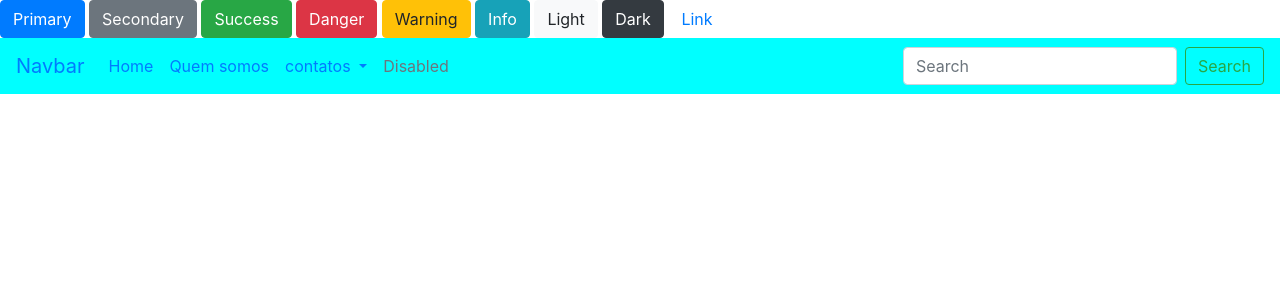
Repository: DaniloBaracho/bootstrap
Page: index.html
An editor plug-in stored every save of this project. The page is shown before and after the next save, followed by the edit.
The browser window is 1280 px wide. The pictures show the whole page.

Above is the page before, as saved 2020-05-31 17:12:08.

After the next save:
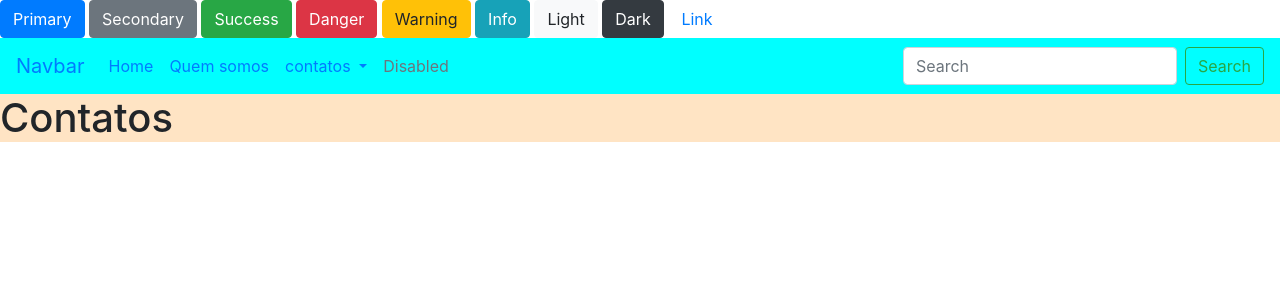
Saved 56 s later.
--- a/index.html
+++ b/index.html
@@ -55,7 +55,7 @@
           </nav>
         <section id="contato">
           <div class="contatos">
-
+            <h1>Contatos</h1>
           </div>
         </section>
     </body>

After the save that followed:
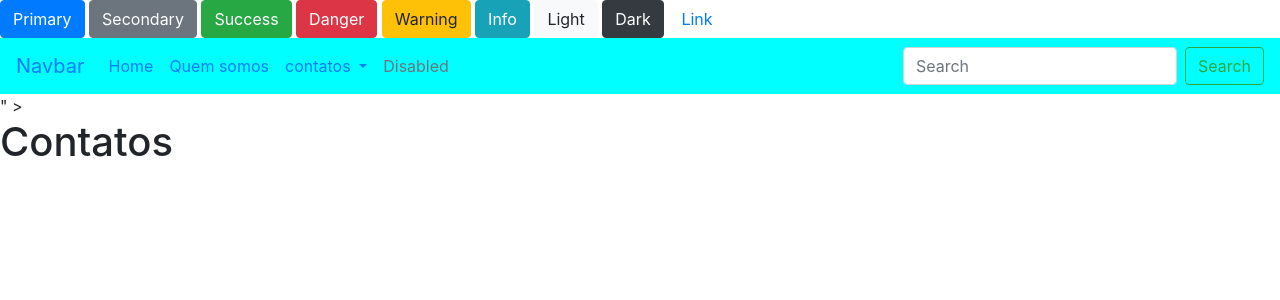
Saved 88 s later.
--- a/index.html
+++ b/index.html
@@ -54,7 +54,9 @@
             </div>
           </nav>
         <section id="contato">
-          <div class="contatos">
+          <div class="contatos container-fluid text-center">
+
+          </div>" >
             <h1>Contatos</h1>
           </div>
         </section>
